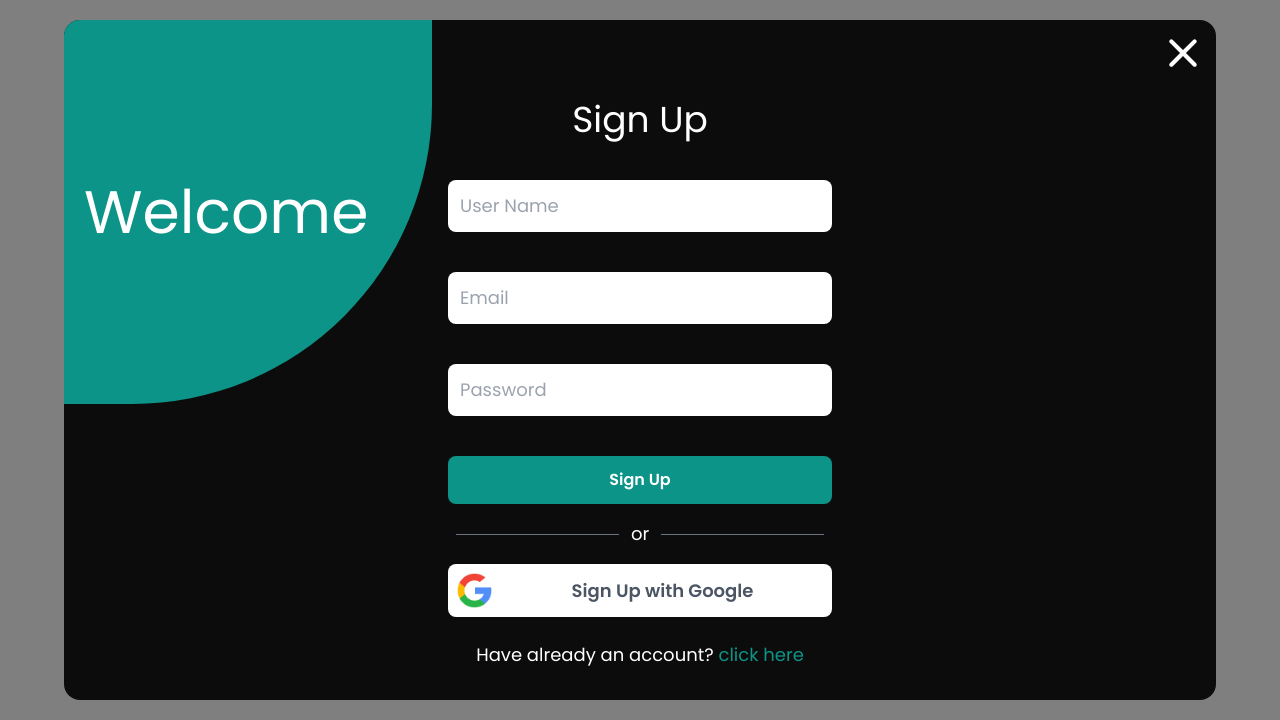
Repository: Ahmed77669/GT-Exams
Page: /
These files come from the project's save history. The page is drawn as it stood at one moment and after the next save; the edit follows.
The browser window is 1280 px wide. The pictures show the whole page.
The project was rebuilt for these pictures with package versions that can differ from the ones it lists, and the page was loaded fresh each time. The framework's server and built-in components were replaced by stand-ins that run in the browser. Also part of the build but not shown: next.config.mjs.

Above is the page before, as saved 2024-10-04 20:24:55.

After the next save:
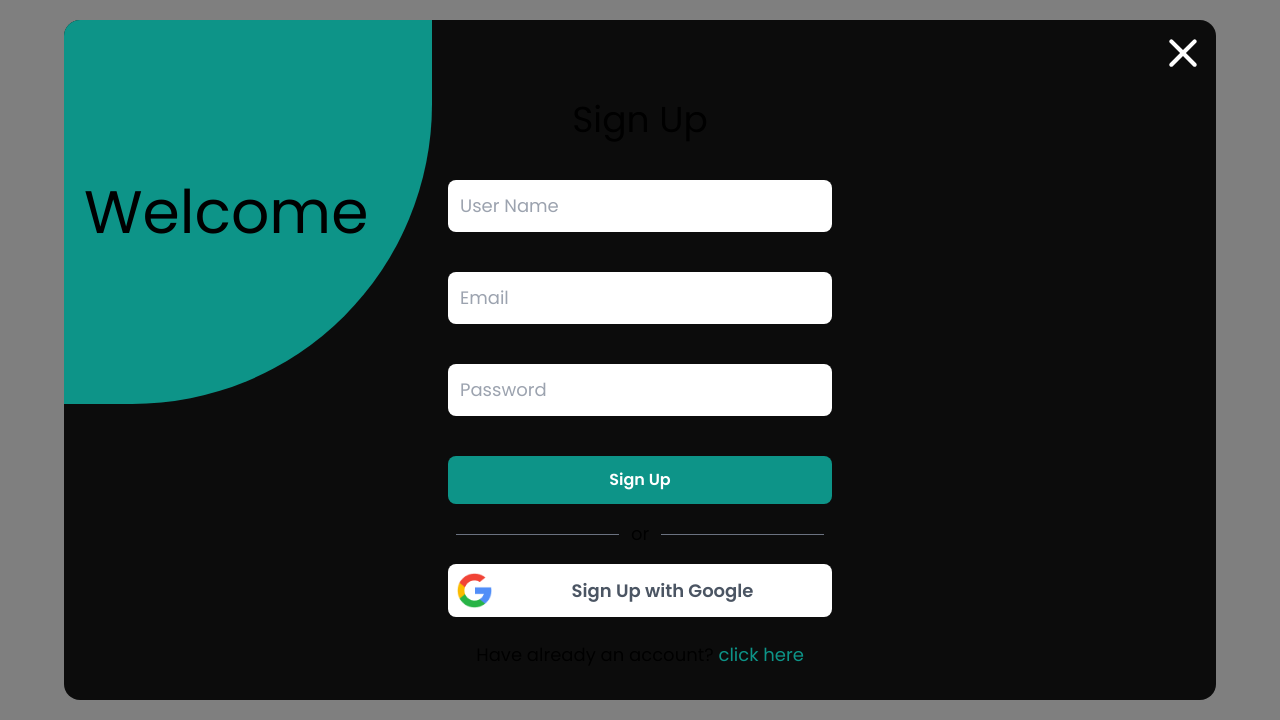
Saved 9 min 46 s later.
--- a/components/signup.tsx
+++ b/components/signup.tsx
@@ -39,7 +39,7 @@
       <section className={poppins.className}>
         <div className="flex justify-center items-center h-screen ">
           <div className="bg-black/90 w-full max-w-6xl rounded-2xl min-h-[680px]">
-            <div className="grid md:grid-cols-3 gap-6 text-white">
+            <div className="grid md:grid-cols-3 gap-6 text-black">
               <div className="bg-teal-600 w-full h-96 rounded-tl-2xl rounded-br-[300px] flex items-center">
                 <h1 className="text-6xl ml-5">Welcome</h1>
               </div>

After the save that followed:
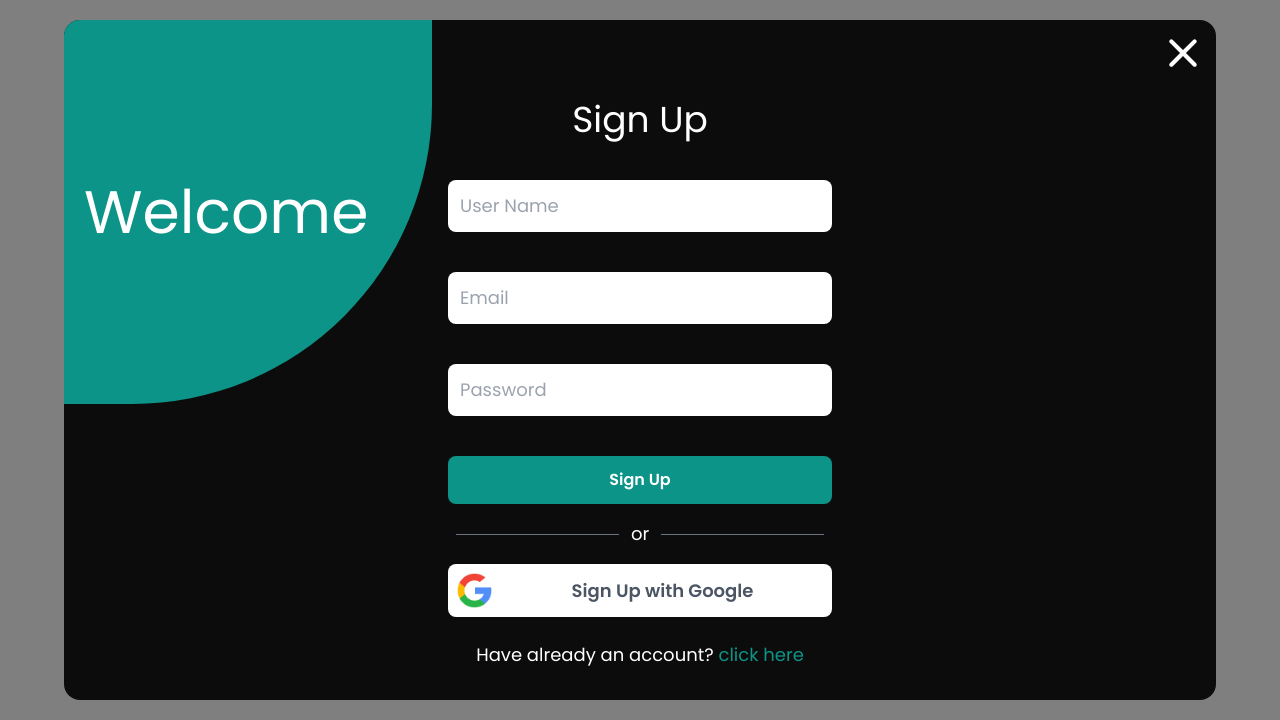
Saved 25 s later.
--- a/components/signup.tsx
+++ b/components/signup.tsx
@@ -39,7 +39,7 @@
       <section className={poppins.className}>
         <div className="flex justify-center items-center h-screen ">
           <div className="bg-black/90 w-full max-w-6xl rounded-2xl min-h-[680px]">
-            <div className="grid md:grid-cols-3 gap-6 text-black">
+            <div className="grid md:grid-cols-3 gap-6 text-white">
               <div className="bg-teal-600 w-full h-96 rounded-tl-2xl rounded-br-[300px] flex items-center">
                 <h1 className="text-6xl ml-5">Welcome</h1>
               </div>
